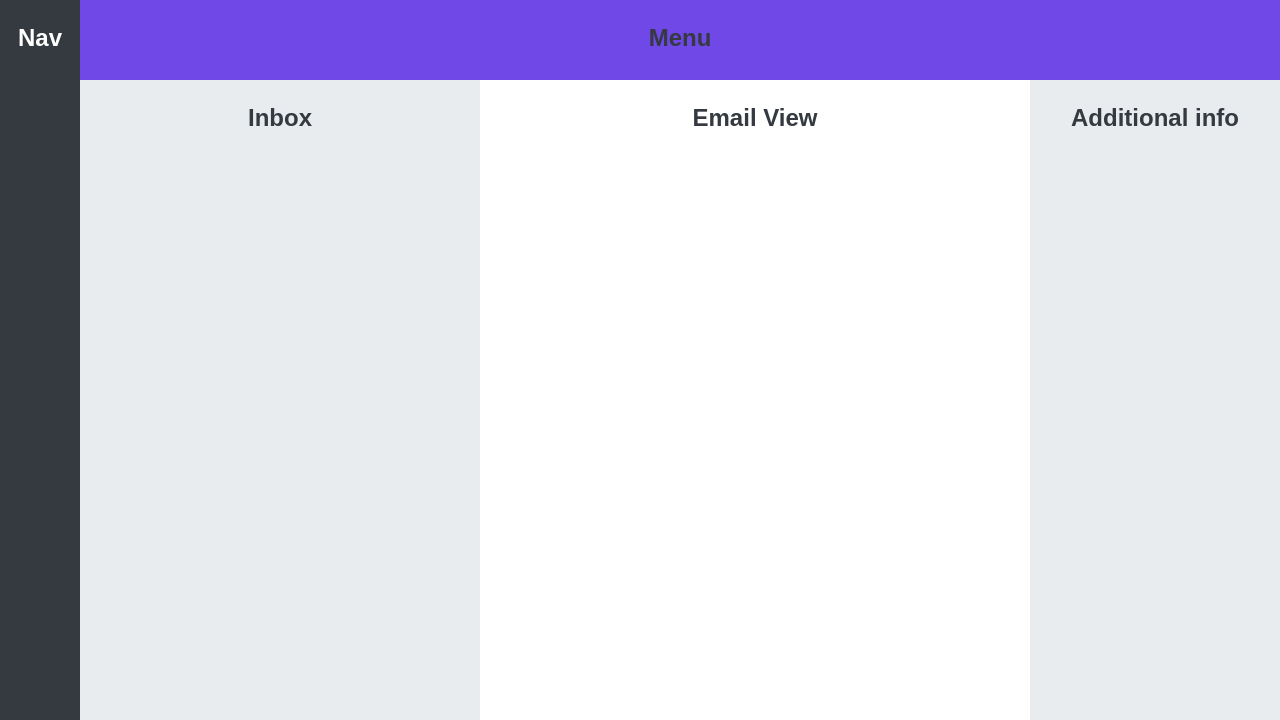
Repository: sunny070/CSS
Page: HTML and CSS some of the important components/06_app-layout.html
The author's editor kept a copy of each file at every save. The page is drawn from the files as they stood at one save, then again after a run of saves.
The browser window is 1280 px wide. The pictures show the whole page.

Above is the page before, as saved 2023-11-17 13:56:13.

### HTML and CSS some of the important components/06_app-layout.html
<!DOCTYPE html>
<html lang="en">
<head>
    <meta charset="UTF-8">
    <meta name="viewport" content="width=device-width, initial-scale=1.0">
    <title>App Layout</title>
    <style>
        *{
            margin: 0;
            padding: 0;
            box-sizing: border-box;
        }
        body{
            font-family: sans-serif;
            color:#343a40;
            font-size: 24px;
            height: 100vh;
            text-align: center;
            font-weight:bold;
            display: grid;
            grid-template-columns: 80px 400px 1fr 250px;
            grid-template-rows: 80px 1fr;
        }
        nav,menu,section,main,aside{
            padding-top:24px
        }
        nav{
            background-color:#343a40 ;
            color:#fff;
            grid-row: 1/-1;
        }
        menu{
            background-color:#7048e8;
            grid-column: 2/-1;
        }
        section{
            background-color:#e9ecef;
        }
        aside{
            background-color:#e9ecef;
        }
    </style>
</head>
<body>
    <nav>Nav</nav>
    <menu>Menu</menu>
    <section>Inbox</section>
    <main>Email View</main>
    <aside>Additional info</aside>
</body>
</html>

After the next 3 saves:
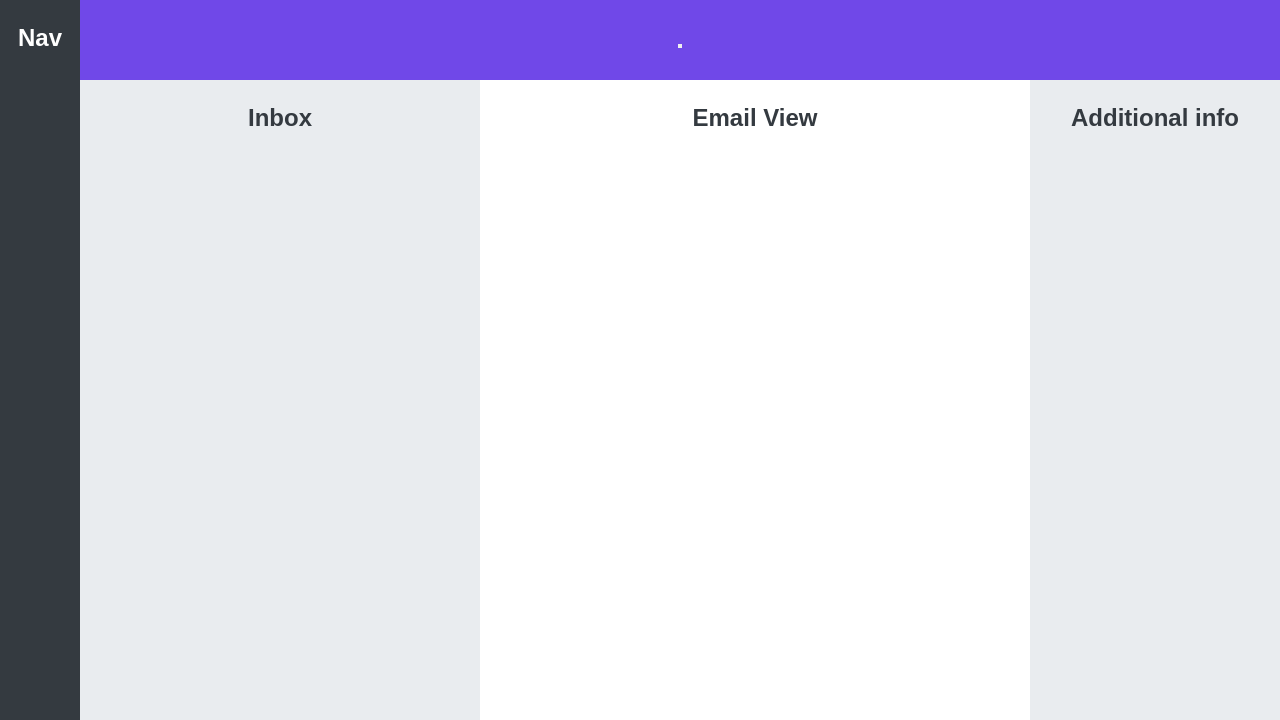
The 3 saves are shown as one change because they came seconds apart.
The last was saved 59 s later.
--- a/HTML and CSS some of the important components/06_app-layout.html
+++ b/HTML and CSS some of the important components/06_app-layout.html
@@ -43,7 +43,9 @@
 </head>
 <body>
     <nav>Nav</nav>
-    <menu>Menu</menu>
+    <menu>
+        <button></button>
+    </menu>
     <section>Inbox</section>
     <main>Email View</main>
     <aside>Additional info</aside>
